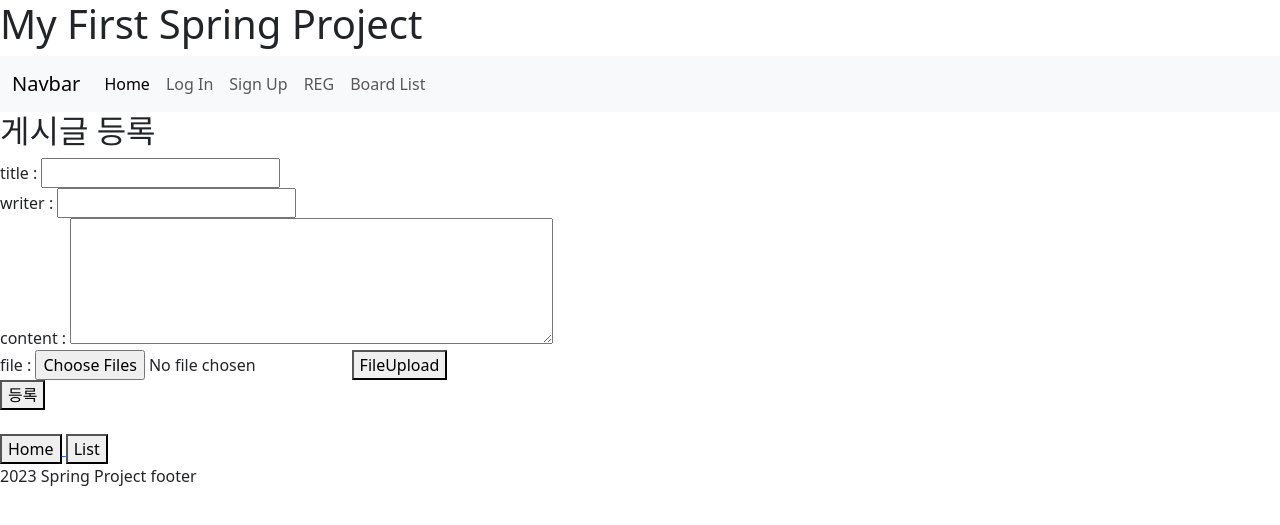
Repository: halsooitda/spring-xml
Page: http://localhost/spring-Test/WEB-INF/views/board/register.jsp
These files come from the project's save history. The page is drawn as it stood at one moment and after the next save; the edit follows.
The browser window is 1280 px wide. The pictures show the whole page.
The page is served by Tomcat 9. Nobody is signed in. Other server files are loaded and not shown. The template is opened directly, without the code that normally fills it, so the values that code supplies are empty.

Above is the page before, as saved 2023-10-12 07:55:47.

### spring-Test/src/main/webapp/WEB-INF/views/board/register.jsp
<%@ page language="java" contentType="text/html; charset=UTF-8"
    pageEncoding="UTF-8"%>
<%@ taglib uri="http://java.sun.com/jsp/jstl/core" prefix="c" %>
<!DOCTYPE html>
<html>
<head>
<meta charset="UTF-8">
<title>Insert title here</title>
</head>
<body>
<jsp:include page="../layout/header.jsp"></jsp:include>
<h2> 게시글 등록 </h2>
<!-- mapping 상태는 get / post가 별도의 mapping을 가짐 -->
<form action="/board/register" method="post">
	title : <input type="text" name="title"> <br>
	writer : <input type="text" name="writer" value="${ses.id }" readonly="readonly"> <br>
	content : <textarea rows="5" cols="50" name="content"></textarea> <br>
	file : <input type="file" id="file" name="files" multiple="multiple">
							 <!-- multiple:한번에 여러개의 파일을 등록할 때 사용 -->
	<button type="button">FileUpload</button> <br>
	<button type="submit">등록</button>
</form>
<br>
<a href="/">
	<button type="button">Home</button>
</a>
<a href="/board/list">
	<button type="button">List</button>
</a>


<jsp:include page="../layout/footer.jsp"></jsp:include>
</body>
</html>

### spring-Test/src/main/webapp/WEB-INF/views/layout/header.jsp
<%@ page language="java" contentType="text/html; charset=UTF-8"
    pageEncoding="UTF-8"%>
<%@ taglib uri="http://java.sun.com/jsp/jstl/core" prefix="c" %>
<!DOCTYPE html>
<html>
<head>
<meta charset="UTF-8">
<title>Insert title here</title>
<link href="https://cdn.jsdelivr.net/npm/bootstrap@5.3.1/dist/css/bootstrap.min.css" rel="stylesheet" integrity="sha384-4bw+/aepP/YC94hEpVNVgiZdgIC5+VKNBQNGCHeKRQN+PtmoHDEXuppvnDJzQIu9" crossorigin="anonymous">
<script src="https://cdn.jsdelivr.net/npm/bootstrap@5.3.1/dist/js/bootstrap.bundle.min.js" integrity="sha384-HwwvtgBNo3bZJJLYd8oVXjrBZt8cqVSpeBNS5n7C8IVInixGAoxmnlMuBnhbgrkm" crossorigin="anonymous"></script>
</head>
<body>
<h1> My First Spring Project </h1>

<nav class="navbar navbar-expand-lg bg-body-tertiary">
  <div class="container-fluid">
    <a class="navbar-brand" href="#">Navbar</a>
    <button class="navbar-toggler" type="button" data-bs-toggle="collapse" data-bs-target="#navbarSupportedContent" aria-controls="navbarSupportedContent" aria-expanded="false" aria-label="Toggle navigation">
      <span class="navbar-toggler-icon"></span>
    </button>
    <div class="collapse navbar-collapse" id="navbarSupportedContent">
      <ul class="navbar-nav me-auto mb-2 mb-lg-0">
        <li class="nav-item">
          <a class="nav-link active" aria-current="page" href="/">Home</a>
        </li>

        <c:if test="${ses.id eq null }">
        <li class="nav-item">
          <a class="nav-link" href="/member/login">Log In</a>
        </li>
        </c:if>

        <c:if test="${ses.id ne null }">
        <li class="nav-item">
          <a class="nav-link" href="/member/logout">Log Out</a>
        </li>
        </c:if>

        <c:if test="${ses.id eq null }">
        <li class="nav-item">
          <a class="nav-link" href="/member/signup">Sign Up</a>
        </li>
		</c:if>

        <li class="nav-item">
          <a class="nav-link" href="/board/register">REG</a>
        </li>

        <li class="nav-item">
          <a class="nav-link" href="/board/list">Board List</a>
        </li>
        <li class="nav-item">
          <c:if test="${ses.id ne null }">
          <a class="nav-link" href="/member/modify">
		  <b>${ses.name }(${ses.email })</b>님 로그인 하였습니다.
          </a>
		  </c:if>
        </li>
<!--         <li class="nav-item dropdown">
          <a class="nav-link dropdown-toggle" href="#" role="button" data-bs-toggle="dropdown" aria-expanded="false">
            Dropdown
          </a>
          <ul class="dropdown-menu">
            <li><a class="dropdown-item" href="#">Action</a></li>
            <li><a class="dropdown-item" href="#">Another action</a></li>
            <li><hr class="dropdown-divider"></li>
            <li><a class="dropdown-item" href="#">Something else here</a></li>
          </ul>
        </li>
        <li class="nav-item">
          <a class="nav-link disabled" aria-disabled="true">Disabled</a>
        </li> -->
      </ul>
<!--       <form class="d-flex" role="search">
        <input class="form-control me-2" type="search" placeholder="Search" aria-label="Search">
        <button class="btn btn-outline-success" type="submit">Search</button>
      </form> -->
    </div>
  </div>
</nav>

### spring-Test/src/main/webapp/WEB-INF/views/layout/footer.jsp
<%@ page language="java" contentType="text/html; charset=UTF-8"
    pageEncoding="UTF-8"%>

<div>
	2023 Spring Project footer
</div>
</body>
</html>

After the next save:
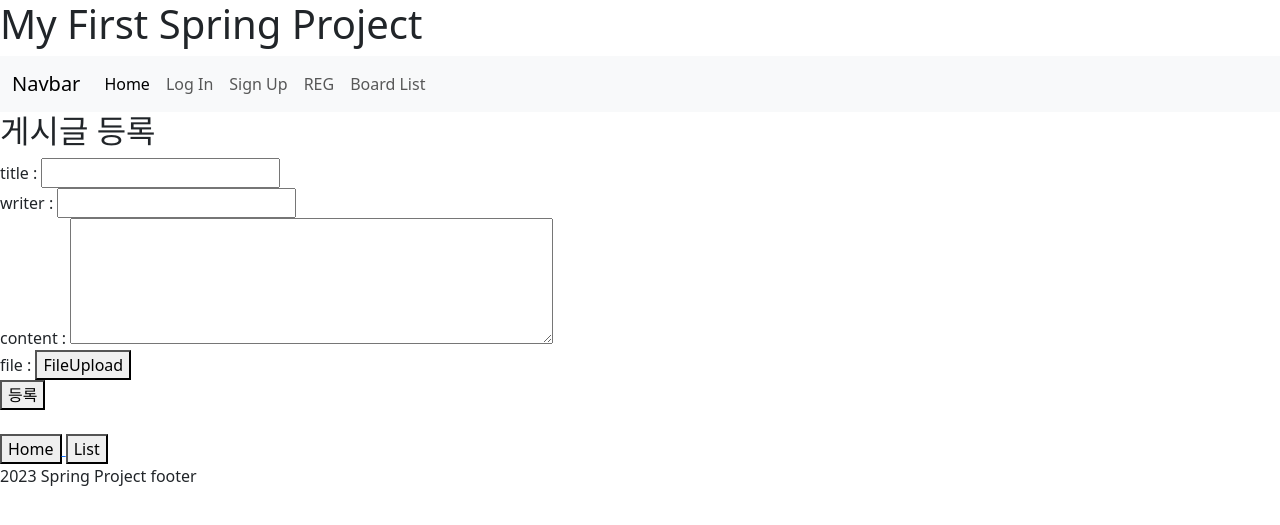
Saved 40 s later.
--- a/spring-Test/src/main/webapp/WEB-INF/views/board/register.jsp
+++ b/spring-Test/src/main/webapp/WEB-INF/views/board/register.jsp
@@ -15,7 +15,7 @@
 	title : <input type="text" name="title"> <br>
 	writer : <input type="text" name="writer" value="${ses.id }" readonly="readonly"> <br>
 	content : <textarea rows="5" cols="50" name="content"></textarea> <br>
-	file : <input type="file" id="file" name="files" multiple="multiple">
+	file : <input type="file" id="file" name="files" multiple="multiple" style="display:none">
 							 <!-- multiple:한번에 여러개의 파일을 등록할 때 사용 -->
 	<button type="button">FileUpload</button> <br>
 	<button type="submit">등록</button>
